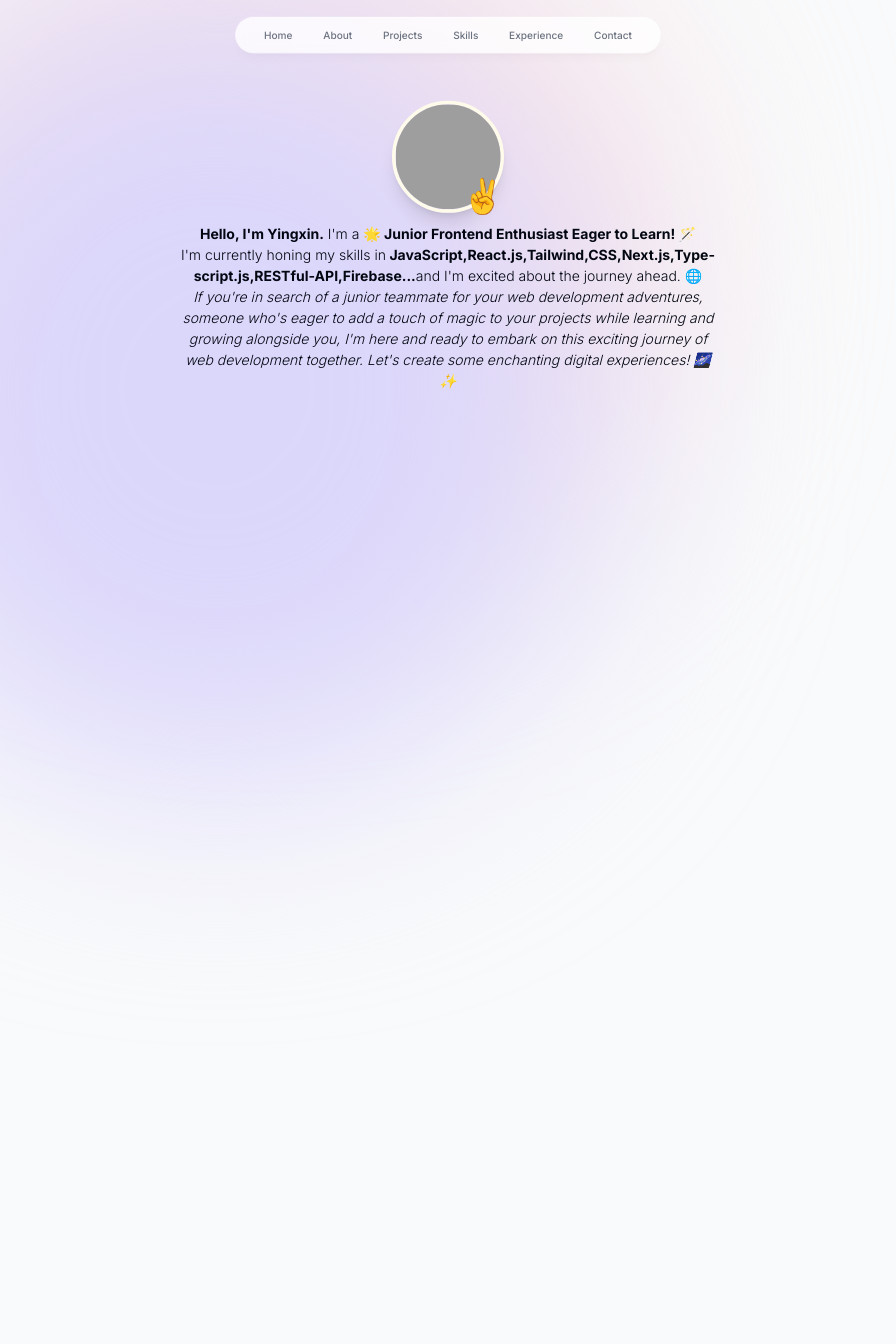
Repository: Tracy-maker/portfolio_website
Page: /
An editor plug-in stored every save of this project. The page is shown before and after the next save, followed by the edit.
The browser window is 1280 px wide. The pictures show the part of the page from y = 0 to 1920 px (the page is 5000 px tall), at 70% of full size.
Pictures or frames that could not be fetched are drawn as grey boxes. Some web fonts or font styles are not loaded; a fallback is used. The project was rebuilt for these pictures with package versions that can differ from the ones it lists, and the page was loaded fresh each time. The framework's server and built-in components were replaced by stand-ins that run in the browser. Also part of the build but not shown: next.config.js.

Above is the page before, as saved 2023-10-02 18:42:29.

### app/layout.tsx
import Header from "@/components/header";
import "./globals.css";
import type { Metadata } from "next";
import { Inter } from "next/font/google";

const inter = Inter({ subsets: ["latin"] });

export const metadata: Metadata = {
  title: "Yingxin_Zhang | Portfolio",
  description: "Yingxin_Zhang is a front-end developer",
};

export default function RootLayout({
  children,
}: {
  children: React.ReactNode;
}) {
  return (
    <html lang="en">
      <body
        className={`${inter.className} bg-gray-50 text-gray-950 relative h-[5000px] pt-28 sm:pt-36`}
      >
        <div className="bg-[#fbe2e3] absolute top-[-6rem] -z-10 right-[21rem] h-[56.25rem] w-[31.25rem] rounded-full blur-[10rem] sm:w-[68.75rem]"></div>
        <div className="bg-[#dbd7fb] absolute top-[-1rem] -z-10 left-[-45rem] h-[71.25rem] w-[-30rem] rounded-full blur-[10rem] sm:w-[68.75rem] md:left-[-33rem] lg:left-[-28rem] xl:left-[-15rem] 2xl:left-[-5rem]"></div>
        <Header />
        {children}
      </body>
    </html>
  );
}

### app/page.tsx
import Intro from "@/components/intro";
import Image from "next/image";

export default function Home() {
  return (
    <main className="flex flex-col items-center">
      <Intro />
    </main>
  );
}

### components/header.tsx
"use client";
import { motion } from "framer-motion";
import { links } from "@/lib/data";
import Link from "next/link";

export default function Header() {
  return (
    <header className="z-[999] relative">
      <motion.div
        className="fixed top-0 left-1/2 h-[4.5rem] w-full
        rounded-none border border-white border-opacity-40
        bg-white bg-opacity-80 shadow-lg shadow-black/[0.03]
        backdrop-blur-[0.5rem] sm:top-6 sm:h-[3.25rem] sm:w-[38rem] sm:rounded-full"
        initial={{ y: -100, x: "-50%", opacity: 0 }}
        animate={{ y: 0, x: "-50%", opacity: 1 }}
      ></motion.div>

      <nav className="flex fixed top-[0.15rem] left-1/2 h-12 -translate-x-1/2 py-2 sm:top-[1.7rem] sm:h-[initial] sm:py-0">
        <ul className="flex w-[22rem] flex-wrap items-center justify-center gap-y-1 text-[0.9rem] font-medium text-gray-500 sm:w-[initial] sm:flex-nowrap sm:gap-5">
          {links.map((link) => (
            <motion.li
              className="h-3/4 flex items-center justify-center relative"
              key={link.hash}
              initial={{ y: -100, opacity: 0 }}
              animate={{ y: 0, opacity: 1 }}
            >
              <Link
                className="flex w-full items-center justify-center px-3 py-3 hover:text-gray-950 transition"
                href={link.hash}
              >
                {link.name}
              </Link>
            </motion.li>
          ))}
        </ul>
      </nav>
    </header>
  );
}

### app/globals.css
@import url('https://fonts.googleapis.com/css2?family=Croissant+One&family=Gabarito&display=swap');
@tailwind base;
@tailwind components;
@tailwind utilities;

### components/intro.tsx
"use client";

import Image from "next/image";
import React from "react";
import { motion } from "framer-motion";

export default function Intro() {
  return (
    <section className="mb-28 max-w-[50rem] text-center sm:mb-0 scroll-mt-[100rem]">
      <div className="flex items-center justify-center">
        <div className="relative">
          <motion.div
            initial={{ opacity: 0, scale: 0 }}
            animate={{ opacity: 1, scale: 1 }}
            transition={{
              type: "tween",
              duration: 0.2,
            }}
          >
            <Image
              src="https://i.ibb.co/MRHHtS5/Wechat-IMG7.jpg"
              alt="Personal image"
              width="300"
              height="300"
              quality="90"
              priority={true}
              className="h-40 w-40 rounded-full object-cover border-[0.35rem] border-amber-50 shadow-xl"
            />
          </motion.div>

          <motion.span
            className="absolute bottom-0 right-0 text-5xl"
            initial={{ opacity: 0, scale: 0 }}
            animate={{ opacity: 1, scale: 1 }}
            transition={{
              type: "spring",
              stiffness: 125,
              delay: 0.1,
              duration: 0.7,
            }}
          >
            ✌️
          </motion.span>
        </div>
      </div>
      <motion.h6
        className="mb-10 mt-4 px-4 text-l font-light !leading-[1.5] sm:text-xl"
        initial={{ opacity: 0, y: 100 }}
        animate={{ opacity: 1, y: 0 }}
      >
        <span className="font-bold">Hello, I'm Yingxin.</span> I'm a{" "}
        <span className="font-bold">
          🌟 Junior Frontend Enthusiast Eager to Learn! 🪄
        </span>
        <br />
        I'm currently honing my skills in
        <span className="font-bold">
          {" "}
          JavaScript,React.js,Tailwind,CSS,Next.js,Type-script.js,RESTful-API,Firebase...
        </span>
        and I'm excited about the journey ahead. 🌐
        <br />
        <span className="italic">
          If you're in search of a junior teammate for your web development
          adventures, someone who's eager to add a touch of magic to your
          projects while learning and growing alongside you, I'm here and ready
          to embark on this exciting journey of web development together. Let's
          create some enchanting digital experiences! 🌌✨
        </span>
      </motion.h6>
    </section>
  );
}

### lib/data.ts
import React from "react";
import { CgWorkAlt } from "react-icons/cg";
import { FaReact } from "react-icons/fa";
import { LuGraduationCap } from "react-icons/lu";
import p1Img from "@/public/p1.png";
import p2Img from "@/public/p2.png";
import p3Img from "@/public/p3.png";

export const links = [
  {
    name: "Home",
    hash: "#home",
  },
  {
    name: "About",
    hash: "#about",
  },
  {
    name: "Projects",
    hash: "#projects",
  },
  {
    name: "Skills",
    hash: "#skills",
  },
  {
    name: "Experience",
    hash: "#experience",
  },
  {
    name: "Contact",
    hash: "#contact",
  },
] as const;

export const experiencesData = [
  {
    title: "Graduated bootcamp",
    location: "Miami, FL",
    description:
      "I graduated after 6 months of studying. I immediately found a job as a front-end developer.",
    icon: React.createElement(LuGraduationCap),
    date: "2019",
  },
  {
    title: "Front-End Developer",
    location: "Orlando, FL",
    description:
      "I worked as a front-end developer for 2 years in 1 job and 1 year in another job. I also upskilled to the full stack.",
    icon: React.createElement(CgWorkAlt),
    date: "2019 - 2021",
  },
  {
    title: "Full-Stack Developer",
    location: "Houston, TX",
    description:
      "I'm now a full-stack developer working as a freelancer. My stack includes React, Next.js, TypeScript, Tailwind, Prisma and MongoDB. I'm open to full-time opportunities.",
    icon: React.createElement(FaReact),
    date: "2021 - present",
  },
] as const;

export const projectsData = [
  {
    title: "CorpComment",
    description:
      "I worked as a full-stack developer on this startup project for 2 years. Users can give public feedback to companies.",
    tags: ["React", "Next.js", "MongoDB", "Tailwind", "Prisma"],
    imageUrl: p1Img,
  },
  {
    title: "rmtDev",
    description:
      "Job board for remote developer jobs. I was the front-end developer. It has features like filtering, sorting and pagination.",
    tags: ["React", "TypeScript", "Next.js", "Tailwind", "Redux"],
    imageUrl: p2Img,
  },
  {
    title: "Word Analytics",
    description:
      "A public web app for quick analytics on text. It shows word count, character count and social media post limits.",
    tags: ["React", "Next.js", "SQL", "Tailwind", "Framer"],
    imageUrl: p3Img,
  },
] as const;

export const skillsData = [
  "HTML",
  "CSS",
  "JavaScript",
  "TypeScript",
  "React",
  "Next.js",
  "Git",
  "MUI-material",
  "Tailwind",
  "REST-API",
  "PostgreSQL",
  "Framer Motion",
] as const;

### tailwind.config.ts
import type { Config } from 'tailwindcss'

const config: Config = {
  content: [
    './pages/**/*.{js,ts,jsx,tsx,mdx}',
    './components/**/*.{js,ts,jsx,tsx,mdx}',
    './app/**/*.{js,ts,jsx,tsx,mdx}',
  ],
  theme: {
    extend: {
      backgroundImage: {
        'gradient-radial': 'radial-gradient(var(--tw-gradient-stops))',
        'gradient-conic':
          'conic-gradient(from 180deg at 50% 50%, var(--tw-gradient-stops))',
      },
      fontFamily: {
        custom: ["Croissant One", "cursive"],
      },
    },
  },
  plugins: [],
}
export default config

After the next save:
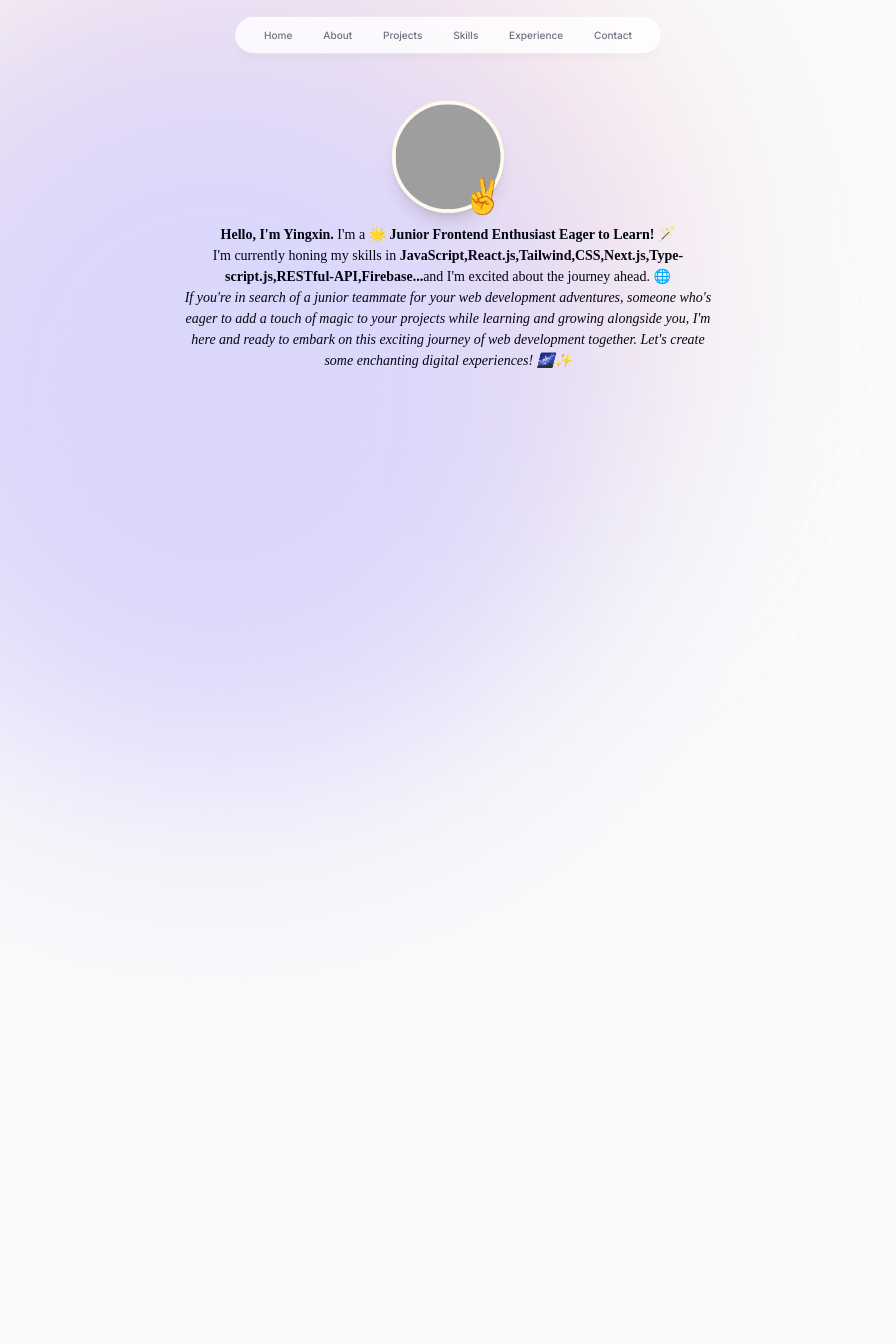
Saved 8 s later.
--- a/components/intro.tsx
+++ b/components/intro.tsx
@@ -44,7 +44,7 @@ export default function Intro() {
         </div>
       </div>
       <motion.h6
-        className="mb-10 mt-4 px-4 text-l font-light !leading-[1.5] sm:text-xl"
+        className="mb-10 mt-4 px-4 text-l font-light font-custom !leading-[1.5] sm:text-xl"
         initial={{ opacity: 0, y: 100 }}
         animate={{ opacity: 1, y: 0 }}
       >
